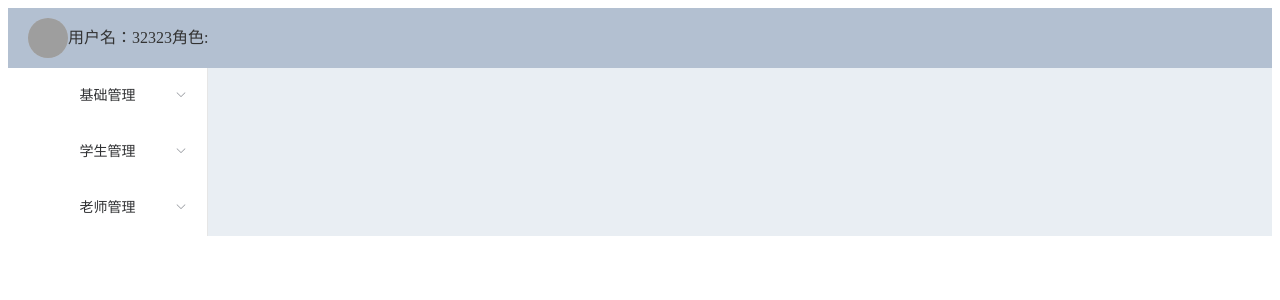
Repository: lwm9704/school-front
Page: /#/home
The author's editor kept a copy of each file at every save. The page is drawn from the files as they stood at one save, then again after the next save.
The browser window is 1280 px wide. The pictures show the whole page.
Pictures or frames that could not be fetched are drawn as grey boxes. The project was rebuilt for these pictures with package versions that can differ from the ones it lists, and the page was loaded fresh each time. Also part of the build but not shown: src/view/login.vue.

Above is the page before, as saved 2021-11-15 15:40:07.

### src/main.js
// The Vue build version to load with the `import` command
// (runtime-only or standalone) has been set in webpack.base.conf with an alias.
import Vue from 'vue'
import App from './App'
import router from './router'
import ElementUI from 'element-ui'
import 'element-ui/lib/theme-chalk/index.css'
import Vuex from 'vuex'

Vue.config.productionTip = false
Vue.use(ElementUI)
Vue.use(Vuex)

/* eslint-disable no-new */
new Vue({
  el: '#app',
  router,
  components: { App },
  template: '<App/>'
})

### src/router/index.js

import Vue from 'vue'
import Router from 'vue-router'
import Login from '@/view/login'
import Home from '../view/home'


Vue.use(Router)

export default new Router({
  routes: [
    {
      path: '/',
      redirect: '/login',
    },
    {
      path: '/login',
      name: 'login',
      component: Login
    },
    {
      path: '/home',
      name: 'home',
      component: Home,
      children: [
        {
          path: '/user',
          name: 'user',
          component: () => import('@/view/user')
        },
        {
          path: '/code',
          name: 'code',
          component: () => import('@/view/code')
        },
        {
          path: '/course',
          name: 'course',
          component: () => import('@/view/course')
        },
        {
          path: '/grade',
          name: 'grade',
          component: () => import('@/view/grade')
        },
        {
          path: '/lecture',
          name: 'lecture',
          component: () => import('@/view/lecture')
        },
        {
          path: '/member',
          name: 'member',
          component: () => import('@/view/member')
        },
        {
          path: '/score',
          name: 'score',
          component: () => import('@/view/score')
        },
        {
          path: '/teaching',
          name: 'teaching',
          component: () => import('@/view/teaching')
        }
      ]
    },

  ]
})

### src/view/home.vue
<template>
  <el-container>
    <el-header>
      <div class="header">
        <myHeader></myHeader>
      </div>
    </el-header>
    <el-container>
      <el-aside width="200px" class="Aside">
        <leftMenu></leftMenu>
      </el-aside>
      <el-container>
        <el-main>
          <router-view></router-view>
        </el-main>
      </el-container>
    </el-container>
  </el-container>
</template>
<script>
import req from "../js/home";
import leftMenu from "../components/leftMenu";
import myHeader from "../components/myHeader";
export default {
  components: {
    leftMenu,
    myHeader,
  },

  methods: {
    // handlerSelect(key, path) {
    //   console.log(key, path);
    //   // console.log(this.$route.path)
    //   if (path !== this.$route.path) {
    //     this.$router.replace({ path: path});
    //     // this.$router.push({path: key, query: {}})
    //   }
    //   // this.$router.push({name: key, params: {}})
    //   console.log(key);
    //   console.log(path);
    // },
    //侧边栏的方法
    handleOpen(key, keyPath) {
      console.log(key, keyPath);
    },
    handleClose(key, keyPath) {
      console.log(key, keyPath);
    },
  },
  mounted() {},
};
</script>
<style lang="scss" scoped>
.el-header,
.el-footer {
  background-color: #b3c0d1;
  color: #333;
  text-align: center;
  line-height: 60px;
}

.el-aside {
  background-color: #d3dce6;
  color: #333;
  text-align: center;
  line-height: 200px;
}

.el-main {
  background-color: #e9eef3;
  color: #333;
  text-align: center;
  line-height: 160px;
}

body > .el-container {
  margin-bottom: 40px;
}
</style>

### src/js/home.js
import req from "../fect/rquestConfig";

const config = {
    getUserInfo: {
        url: '/user/selectOfCondition',
        method: 'get'
    },
}
const request = function (funcName, requestParam) {
    return req(config[funcName].url, config[funcName].method, requestParam, {}, config[funcName].fileConfig)
}
export default request

### src/components/leftMenu.vue
<template>
  <div>
    <el-menu class="el-menu-vertical-demo" :default-active="this.$router.path" router @open="handleOpen" @close="handleClose" >
      <el-submenu v-for="(item,index) in menuList" :index="index+''" :key="item.labe" >
        <template slot="title">{{item.labe}}</template>
        <div v-if="item.children">
          <el-menu-item
            v-for="items in item.children"
            :index="items.path"
            :key="items.path"
          >
            <template slot="title">
              {{items.labe}}
              </template>
          </el-menu-item>
        </div>
      </el-submenu>
    </el-menu>
  </div>
</template>

<script>
// import router from 'vue-router'
export default {
  name: "leftMenu",
  props: [],
  data() {
    return {
      menuList: [
        {
          index: '1',
          labe: "基础管理",
          children: [
            {
              index: '1 - 1',
              labe: "编码管理",
              path: "/code"
            },
            {
              index: '1 - 2',
              labe: "用户管理",
              path: "/user"
            },
            {
              index: '1 - 3',
              labe: "班级管理",
              path: "/grade"
            },
            {
              index: '1 - 4',
              labe: "课程管理",
              path: "/course"
            }
          ]
        },
        {
          index: '2',
          labe: "学生管理",
          children: [
            {
              index: '2 - 1',
              labe: "学生家庭成员管理",
              path: "/member"
            },
            {
              index: '2 - 2',
              labe: "考试成绩管理",
              path: "/score"
            }
          ]
        },
        {
          index: '3',
          labe: "老师管理",
          children: [
            {
              index: '3 - 1',
              labe: "教学管理",
              path: "/teaching"
            },
            {
              index: '3 - 2',
              labe: "授课管理",
              path: "/lecture"
            }
          ]
        }
      ]
    };
  },
  methods: {
    // handlerSelect(key, path) {
      // console.log(key,path)
      // if (path !== this.$route.path) {
      //   this.$router.replace({path:'path'});
      //   // this.$router.push({path: key, query: {}})
      // }
      // // this.$router.push({name: key, params: {}})
      // console.log(key);
      // console.log(path);
      // this.$emit('select', key,path);
    // },
    handleOpen(key, keyPath) {
      console.log(key, keyPath);
    },
    handleClose(key, keyPath) {
      console.log(key, keyPath);
    }
  }
};
</script>

<!-- Add "scoped" attribute to limit CSS to this component only -->
<style scoped>
</style>

### src/components/myHeader.vue
<template>
  <div class="myHeader">
    <div class="userInfo">
      <div class="avatar">
        <el-avatar
          src="https://cube.elemecdn.com/0/88/03b0d39583f48206768a7534e55bcpng.png"
        ></el-avatar>
      </div>
      <div class="charInfo">
        <span>用户名：{{userInfo.account}}</span>
        <span>角色:{{userInfo.role}}</span>
      </div>
    </div>
  </div>
</template>
<script>
export default {
  name: "myHeader",
  props: [],
  data() {
    return {
      userInfo: {
        userId: "3232",
        account: "32323",
        role: "",
      },
    };
  },
  methods: {
    getUserInfo() {},
  },
  mounted() {
    this.getUserInfo();
  },
};
</script>
<style lang="scss" scoped>
.userInfo {
    display: flex;
    flex-direction: row;
    .avatar{
      padding-top: 10px;
    }
}
</style>

### src/fect/rquestConfig.js
import axios from 'axios'
import { throwErr } from './throwErr'

// const urlHead = 'http://305o99f251.wicp.vip'
const urlHead = 'http://localhost:9000'
const qs = require('qs')

/**
 *
 * @param {String} url 请求路径
 * @param {String} method 请求方法
 * @param {Object} params 请求参数
 * @param {Object} requestHeader 请求头
 * @param {Object} fileConfig ---> {type, fileName} 导出配置 ---> 导出类型, 文件名称
 */
const req = function (url, method, params, requestHeader, fileConfig = {}) {
    let instance = axios.create({
        baseURL: urlHead,
        timeout: 60000
    })

    // 添加请求拦截器
    instance.interceptors.request.use(config => {
        return config
    }, error => {
        return Promise.reject(error)
    })

    let requestConfig = {
        url: url,
        method: method,
        //将header、params、token复制到目标
        params: Object.assign({}, params, { access_token: JSON.parse(sessionStorage.getItem('userInfo')).access_token }),
        data: qs.stringify(Object.assign({}, params, { access_token: JSON.parse(sessionStorage.getItem('userInfo')).access_token })),
        headers: {},
        responseType: fileConfig.type === 'file' ? 'blob' : ''
    }

    let getReg = /get|GET/
    let postReg = /post|POST/

    let fileData = {}

    let timer = null

    // 请求类型为导出时，添加vuex状态管理，定时修改vuex对应记录，请求完成或者请求报错时，停止定时器
    if (fileConfig.type === 'file') {
        fileData = {
            fileId: new Date().getTime(),
            fileName: fileConfig.fileName,
            fileLoadTime: 0,
            fileStatus: 'downloading',
            errorInfo: '',
            fileUrl: null
        }

    }

    if (getReg.test(requestConfig.method)) {
        delete requestConfig.data
        requestConfig.headers['Content-Type'] = 'application/json'
    } else if (postReg.test(requestConfig.method)) {
        delete requestConfig.params
        requestConfig.headers['Content-Type'] = 'application/x-www-form-urlencoded'
    }

    // 添加响应拦截器
    instance.interceptors.response.use(response => {
        clearInterval(timer)
        timer = null

        if (response.status === 200) {
            if (fileConfig.type === 'file') {
                fileData.fileStatus = 'success'
                fileData.fileUrl = window.URL.createObjectURL(new Blob([response.data]))
                // store.commit('changeExportFileList', fileData)
            }

            return response.data
        } else {
            if (fileConfig.type === 'file') {
                fileData.fileStatus = 'error'
                // store.commit('changeExportFileList', fileData)
            }

            throw new Error(throwErr(response))
        }
    }, error => {
        clearInterval(timer)
        timer = null

        if (fileConfig.type === 'file') {
            fileData.fileStatus = 'error'
            // store.commit('changeExportFileList', fileData)
        }

        return Promise.reject(error)
    })

    return instance(requestConfig)
}

export default req

### src/fect/throwErr.js
// axios错误信息匹配
export const throwErr = (response) => {
    let message = '请求错误'
    switch (response.status) {
        case 400:
            message = '请求错误'
            break
        case 401:
            message = '未授权，请登录'
            break
        case 403:
            message = '拒绝访问'
            break
        case 404:
            message = `请求地址出错: ${response.config.url}`
            break
        case 408:
            message = '请求超时'
            break
        case 500:
            message = '服务器内部错误'
            break
        case 501:
            message = '服务未实现'
            break
        case 502:
            message = '网关错误'
            break
        case 503:
            message = '服务不可用'
            break
        case 504:
            message = '网关超时'
            break
        case 505:
            message = 'HTTP版本不受支持'
            break
        default:
    }
    return '错误码:' + response.status + ' ' + '错误信息:' + message
}

Loaded but not shown: index.html (common file); src/App.vue (common file)

After the next save:
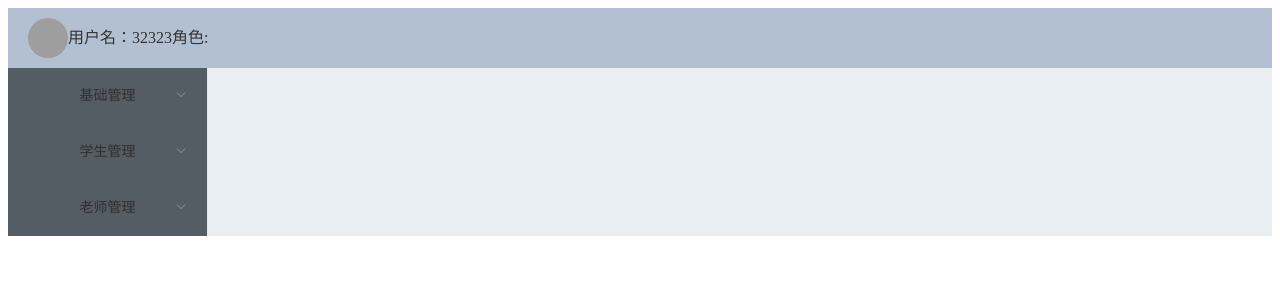
Saved 108 s later.
--- a/src/components/leftMenu.vue
+++ b/src/components/leftMenu.vue
@@ -1,8 +1,19 @@
 <template>
   <div>
-    <el-menu class="el-menu-vertical-demo" :default-active="this.$router.path" router @open="handleOpen" @close="handleClose" >
-      <el-submenu v-for="(item,index) in menuList" :index="index+''" :key="item.labe" >
-        <template slot="title">{{item.labe}}</template>
+    <el-menu
+      class="el-menu-vertical-demo"
+      :default-active="this.$router.path"
+      router
+      background-color="#545c64"
+      @open="handleOpen"
+      @close="handleClose"
+    >
+      <el-submenu
+        v-for="(item, index) in menuList"
+        :index="index + ''"
+        :key="item.labe"
+      >
+        <template slot="title">{{ item.labe }}</template>
         <div v-if="item.children">
           <el-menu-item
             v-for="items in item.children"
@@ -10,8 +21,8 @@
             :key="items.path"
           >
             <template slot="title">
-              {{items.labe}}
-              </template>
+              {{ items.labe }}
+            </template>
           </el-menu-item>
         </div>
       </el-submenu>
@@ -28,85 +39,85 @@ export default {
     return {
       menuList: [
         {
-          index: '1',
+          index: "1",
           labe: "基础管理",
           children: [
             {
-              index: '1 - 1',
+              index: "1 - 1",
               labe: "编码管理",
-              path: "/code"
+              path: "/code",
             },
             {
-              index: '1 - 2',
+              index: "1 - 2",
               labe: "用户管理",
-              path: "/user"
+              path: "/user",
             },
             {
-              index: '1 - 3',
+              index: "1 - 3",
               labe: "班级管理",
-              path: "/grade"
+              path: "/grade",
             },
             {
-              index: '1 - 4',
+              index: "1 - 4",
               labe: "课程管理",
-              path: "/course"
-            }
-          ]
+              path: "/course",
+            },
+          ],
         },
         {
-          index: '2',
+          index: "2",
           labe: "学生管理",
           children: [
             {
-              index: '2 - 1',
+              index: "2 - 1",
               labe: "学生家庭成员管理",
-              path: "/member"
+              path: "/member",
             },
             {
-              index: '2 - 2',
+              index: "2 - 2",
               labe: "考试成绩管理",
-              path: "/score"
-            }
-          ]
+              path: "/score",
+            },
+          ],
         },
         {
-          index: '3',
+          index: "3",
           labe: "老师管理",
           children: [
             {
-              index: '3 - 1',
+              index: "3 - 1",
               labe: "教学管理",
-              path: "/teaching"
+              path: "/teaching",
             },
             {
-              index: '3 - 2',
+              index: "3 - 2",
               labe: "授课管理",
-              path: "/lecture"
-            }
-          ]
-        }
-      ]
+              path: "/lecture",
+            },
+          ],
+        },
+      ],
     };
   },
   methods: {
     // handlerSelect(key, path) {
-      // console.log(key,path)
-      // if (path !== this.$route.path) {
-      //   this.$router.replace({path:'path'});
-      //   // this.$router.push({path: key, query: {}})
-      // }
-      // // this.$router.push({name: key, params: {}})
-      // console.log(key);
-      // console.log(path);
-      // this.$emit('select', key,path);
+    // console.log(key,path)
+    // if (path !== this.$route.path) {
+    //   this.$router.replace({path:'path'});
+    //   // this.$router.push({path: key, query: {}})
+    // }
+    // // this.$router.push({name: key, params: {}})
+    // console.log(key);
+    // console.log(path);
+    // this.$emit('select', key,path);
     // },
     handleOpen(key, keyPath) {
       console.log(key, keyPath);
     },
     handleClose(key, keyPath) {
       console.log(key, keyPath);
-    }
-  }
+    },
+  },
 };
 </script>
 
